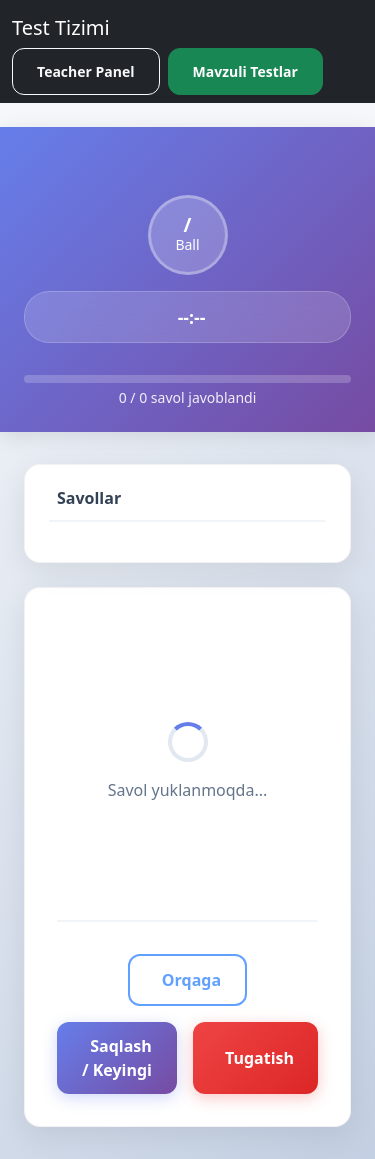
Repository: Shaxobiddin-Github/KatDPI_test
Page: backend/main/templates/topic_panel/test_run.html
These files come from the project's save history. The page is drawn as it stood at one moment and after the next save; the edit follows.
The browser window is 375 px wide. The pictures show the whole page.
The template is drawn by Django 5.2. The application's start-up code is not run. Other server files are loaded and not shown. The template is opened directly, without the code that normally fills it, so the values that code supplies are empty.

Above is the page before, as saved 2025-09-26 16:04:56.
Console error: SyntaxError: Unexpected token ';'

### backend/main/templates/topic_panel/test_run.html
{% extends 'base.html' %}
{% block content %}
<div class="test-container" id="app" data-student-test="{{ student_test.id }}" data-duration="{{ duration_seconds }}">
  <!-- Header Section -->
  <div class="test-header">
    <div class="container-fluid px-4">
      <div class="row align-items-center">
        <div class="col-md-4">
          <h3 class="test-title mb-0">
            <i class="fas fa-clipboard-check me-2"></i>{{ test.title }}
          </h3>
        </div>
        <div class="col-md-4 text-center">
          <div class="score-display">
            <div class="score-circle">
              <span class="score-text">
                <span id="totalScore">{{ student_test.total_score }}</span>/<span>{{ test.total_score }}</span>
              </span>
              <small>Ball</small>
            </div>
          </div>
        </div>
        <div class="col-md-4 text-end">
          <div class="timer-display">
            <i class="fas fa-clock me-2"></i>
            <span id="timer">--:--</span>
          </div>
        </div>
      </div>

      <!-- Progress Bar -->
      <div class="progress-container mt-3">
        <div class="progress">
          <div class="progress-bar" id="progressBar" role="progressbar" style="width:0%"></div>
        </div>
        <small class="progress-text mt-1">
          <span id="answeredCount">0</span> / <span id="totalQuestions">0</span> savol javoblandi
        </small>
      </div>
    </div>
  </div>

  <!-- Main Content -->
  <div class="test-content">
    <div class="container-fluid px-4">
      <div class="row">
        <!-- Question Navigation -->
        <div class="col-lg-3 mb-4">
          <div class="question-nav-card">
            <div class="nav-header">
              <h6><i class="fas fa-list me-2"></i>Savollar</h6>
            </div>
            <div class="question-grid" id="questionIndex"></div>
          </div>
        </div>

        <!-- Question Content -->
        <div class="col-lg-9">
          <div class="question-card">
            <div id="questionsWrap">
              <div class="loading-spinner">
                <div class="spinner"></div>
                <p>Savol yuklanmoqda...</p>
              </div>
            </div>

            <!-- Action Buttons -->
            <div class="action-buttons">
              <button id="prevBtn" class="btn btn-outline-primary" disabled>
                <i class="fas fa-chevron-left me-2"></i>Orqaga
              </button>
              <div class="ms-auto">
                <button id="submitAnswer" class="btn btn-primary me-2">
                  <i class="fas fa-save me-2"></i>Saqlash / Keyingi
                </button>
                <button id="finishBtn" class="btn btn-danger">
                  <i class="fas fa-flag-checkered me-2"></i>Tugatish
                </button>
              </div>
            </div>
          </div>
        </div>
      </div>
    </div>
  </div>
</div>

<style>
.test-container {
  background: linear-gradient(135deg, #f5f7fa 0%, #c3cfe2 100%);
  min-height: 100vh;
  padding: 0;
}

.test-header {
  background: linear-gradient(135deg, #667eea 0%, #764ba2 100%);
  color: white;
  padding: 1.5rem 0;
  box-shadow: 0 4px 20px rgba(0,0,0,0.1);
}

.test-title {
  font-weight: 700;
  color: white;
}

.score-display {
  display: flex;
  justify-content: center;
}

.score-circle {
  background: rgba(255,255,255,0.2);
  border: 3px solid rgba(255,255,255,0.3);
  border-radius: 50%;
  width: 80px;
  height: 80px;
  display: flex;
  flex-direction: column;
  align-items: center;
  justify-content: center;
  backdrop-filter: blur(10px);
}

.score-text {
  font-size: 1.2em;
  font-weight: 700;
  line-height: 1;
}

.timer-display {
  background: rgba(255,255,255,0.15);
  padding: 0.75rem 1.5rem;
  border-radius: 25px;
  font-size: 1.1em;
  font-weight: 600;
  backdrop-filter: blur(10px);
  border: 1px solid rgba(255,255,255,0.2);
}

.progress-container {
  max-width: 600px;
  margin: 0 auto;
}

.progress {
  height: 8px;
  border-radius: 10px;
  background: rgba(255,255,255,0.2);
  overflow: hidden;
}

.progress-bar {
  background: linear-gradient(90deg, #10b981, #059669);
  border-radius: 10px;
  transition: width 0.5s ease;
}

.progress-text {
  color: rgba(255,255,255,0.9);
  text-align: center;
  display: block;
}

.test-content {
  padding: 2rem 0;
}

.question-nav-card {
  background: white;
  border-radius: 16px;
  padding: 1.5rem;
  box-shadow: 0 8px 30px rgba(0,0,0,0.08);
  border: 1px solid rgba(0,0,0,0.05);
  height: fit-content;
  position: sticky;
  top: 2rem;
}

.nav-header {
  margin-bottom: 1rem;
  padding-bottom: 0.75rem;
  border-bottom: 2px solid #f1f5f9;
}

.nav-header h6 {
  color: #334155;
  font-weight: 600;
  margin: 0;
}

.question-grid {
  display: grid;
  grid-template-columns: repeat(5, 1fr);
  gap: 0.5rem;
}

.question-btn {
  background: #f8fafc;
  border: 2px solid #e2e8f0;
  border-radius: 8px;
  padding: 0.75rem 0.5rem;
  font-size: 0.9em;
  font-weight: 600;
  color: #64748b;
  cursor: pointer;
  transition: all 0.2s ease;
  text-align: center;
}

.question-btn:hover {
  background: #e2e8f0;
  transform: translateY(-1px);
}

.question-btn.active {
  background: linear-gradient(135deg, #667eea 0%, #764ba2 100%);
  color: white;
  border-color: #667eea;
  box-shadow: 0 4px 15px rgba(102, 126, 234, 0.3);
}

.question-btn.answered {
  background: linear-gradient(135deg, #10b981 0%, #059669 100%);
  color: white;
  border-color: #10b981;
}

.question-btn.answered.active {
  background: linear-gradient(135deg, #059669 0%, #047857 100%);
}

.question-card {
  background: white;
  border-radius: 16px;
  padding: 2rem;
  box-shadow: 0 8px 30px rgba(0,0,0,0.08);
  border: 1px solid rgba(0,0,0,0.05);
  min-height: 500px;
  display: flex;
  flex-direction: column;
}

.question-content .card {
  border: none;
  background: transparent;
}

.question-content h5 {
  color: #1e293b;
  font-weight: 600;
  line-height: 1.6;
  margin-bottom: 1.5rem;
}

.question-content img {
  border-radius: 12px;
  box-shadow: 0 4px 20px rgba(0,0,0,0.1);
  margin-bottom: 1.5rem;
}

.form-check {
  background: #f8fafc;
  border: 2px solid #e2e8f0;
  border-radius: 12px;
  padding: 1rem 1.25rem;
  margin-bottom: 0.75rem;
  transition: all 0.2s ease;
  cursor: pointer;
}

.form-check:hover {
  background: #f1f5f9;
  border-color: #cbd5e1;
  transform: translateX(4px);
}

.form-check-input:checked + .form-check-label {
  color: #1e293b;
  font-weight: 600;
}

.form-check:has(.form-check-input:checked) {
  background: linear-gradient(135deg, #eff6ff 0%, #dbeafe 100%);
  border-color: #3b82f6;
  box-shadow: 0 4px 15px rgba(59, 130, 246, 0.1);
}

.form-check-input {
  margin-top: 0.125rem;
  margin-right: 0.75rem;
}

.form-check-label {
  color: #475569;
  line-height: 1.5;
  cursor: pointer;
  flex: 1;
  display: flex;
  align-items: flex-start;
}

.option-letter {
  background: #e2e8f0;
  color: #64748b;
  font-weight: 600;
  font-size: 0.85em;
  padding: 0.25rem 0.5rem;
  border-radius: 6px;
  margin-right: 0.75rem;
  min-width: 28px;
  text-align: center;
  transition: all 0.2s ease;
}

.form-check:has(.form-check-input:checked) .option-letter {
  background: #3b82f6;
  color: white;
}

.action-buttons {
  display: flex;
  align-items: center;
  margin-top: auto;
  padding-top: 2rem;
  border-top: 2px solid #f1f5f9;
}

.btn {
  border-radius: 12px;
  padding: 0.75rem 1.5rem;
  font-weight: 600;
  transition: all 0.2s ease;
}

.btn:hover {
  transform: translateY(-1px);
}

.btn-primary {
  background: linear-gradient(135deg, #667eea 0%, #764ba2 100%);
  border: none;
  box-shadow: 0 4px 15px rgba(102, 126, 234, 0.3);
}

.btn-primary:hover {
  box-shadow: 0 6px 20px rgba(102, 126, 234, 0.4);
}

.btn-danger {
  background: linear-gradient(135deg, #ef4444 0%, #dc2626 100%);
  border: none;
  box-shadow: 0 4px 15px rgba(239, 68, 68, 0.3);
}

.btn-danger:hover {
  box-shadow: 0 6px 20px rgba(239, 68, 68, 0.4);
}

.btn-outline-primary {
  border: 2px solid #667eea;
  color: #667eea;
  background: transparent;
}

.btn-outline-primary:hover {
  background: #667eea;
  color: white;
}

.loading-spinner {
  display: flex;
  flex-direction: column;
  align-items: center;
  justify-content: center;
  min-height: 300px;
  color: #64748b;
}

.spinner {
  width: 40px;
  height: 40px;
  border: 4px solid #e2e8f0;
  border-top: 4px solid #667eea;
  border-radius: 50%;
  animation: spin 1s linear infinite;
  margin-bottom: 1rem;
}

@keyframes spin {
  0% { transform: rotate(0deg); }
  100% { transform: rotate(360deg); }
}

.fade-in {
  animation: fadeIn 0.4s ease-out;
}

@keyframes fadeIn {
  from { opacity: 0; transform: translateY(10px); }
  to { opacity: 1; transform: translateY(0); }
}

.slide-in-left {
  animation: slideInLeft 0.4s ease-out;
}

@keyframes slideInLeft {
  from { opacity: 0; transform: translateX(-20px); }
  to { opacity: 1; transform: translateX(0); }
}

/* Results display */
.results-card {
  background: linear-gradient(135deg, #667eea 0%, #764ba2 100%);
  color: white;
  border-radius: 16px;
  padding: 2rem;
  text-align: center;
}

.results-stats {
  display: grid;
  grid-template-columns: repeat(auto-fit, minmax(120px, 1fr));
  gap: 1rem;
  margin: 1.5rem 0;
}

.stat-item {
  background: rgba(255,255,255,0.15);
  padding: 1rem;
  border-radius: 12px;
  backdrop-filter: blur(10px);
}

.stat-number {
  font-size: 1.5em;
  font-weight: 700;
  display: block;
}

.stat-label {
  font-size: 0.9em;
  opacity: 0.9;
}

@media (max-width: 768px) {
  .test-header .col-md-4 {
    text-align: center !important;
    margin-bottom: 1rem;
  }

  .question-grid {
    grid-template-columns: repeat(4, 1fr);
  }

  .action-buttons {
    flex-direction: column;
    gap: 1rem;
  }

  .action-buttons .ms-auto {
    margin-left: 0 !important;
    display: flex;
    gap: 0.5rem;
  }
}
</style>
<script>
const appEl = document.getElementById('app');
const studentTestId = appEl.dataset.studentTest;
const totalDuration = parseInt(appEl.dataset.duration || '0');
const questionIds = {{ student_test.randomized_question_ids|safe }};
let currentIndex = 0;
let answersCache = {}; // {questionId: [optionIds]}
let timerInterval;

function initIndex(){
  const list = document.getElementById('questionIndex');
  document.getElementById('totalQuestions').textContent = questionIds.length;

  questionIds.forEach((id, i)=>{
    const btn = document.createElement('button');
    btn.type='button';
    btn.className='question-btn';
    btn.textContent = (i+1);
    btn.dataset.idx = i;
    btn.onclick = ()=>{saveCurrentSelection(false); goTo(i);};
    list.appendChild(btn);
  });
  highlightIndex();
}

function highlightIndex(){
  document.querySelectorAll('#questionIndex button').forEach(btn=>{
    const i = parseInt(btn.dataset.idx);
    btn.classList.remove('active', 'answered');

    if(i === currentIndex) {
      btn.classList.add('active');
    }

    const qid = questionIds[i];
    if(answersCache[qid]) {
      btn.classList.add('answered');
    }
  });

  document.getElementById('prevBtn').disabled = currentIndex===0;
  const submitBtn = document.getElementById('submitAnswer');
  if(currentIndex === questionIds.length-1) {
    submitBtn.innerHTML = '<i class="fas fa-save me-2"></i>Saqlash / Yakunlash';
  } else {
    submitBtn.innerHTML = '<i class="fas fa-save me-2"></i>Saqlash / Keyingi';
  }
  updateProgress();
}

function updateProgress(){
  const answered = Object.keys(answersCache).length;
  const pct = (answered / questionIds.length)*100;
  document.getElementById('progressBar').style.width = pct + '%';
  document.getElementById('answeredCount').textContent = answered;
}

async function loadQuestion(){
  const wrap = document.getElementById('questionsWrap');

  if(currentIndex >= questionIds.length){
    wrap.innerHTML = '<div class="alert alert-info text-center"><i class="fas fa-check-circle me-2"></i>Barcha savollar yakunlandi.</div>';
    return;
  }

  // Show loading
  wrap.innerHTML = `
    <div class="loading-spinner">
      <div class="spinner"></div>
      <p>Savol yuklanmoqda...</p>
    </div>
  `;

  const qid = questionIds[currentIndex];
  try {
    const resp = await fetch('/api/topic-panel/question/' + qid + '/');
    if(!resp.ok) throw new Error('Savol yuklanmadi');

    const q = await resp.json();
    renderQuestion(q);
    restoreSelection();
    highlightIndex();
  } catch (error) {
    wrap.innerHTML = `
      <div class="alert alert-danger text-center">
        <i class="fas fa-exclamation-triangle me-2"></i>
        Savolni yuklab bo'lmadi. <button class="btn btn-sm btn-outline-danger ms-2" onclick="loadQuestion()">Qaytadan urinish</button>
      </div>
    `;
  }
}

function renderQuestion(q){
  const wrap = document.getElementById('questionsWrap');
  let html = `<div class="question-content fade-in">
    <h5><span class="text-primary">${currentIndex+1}.</span> ${q.text}</h5>`;

  if(q.image){
    html += `<img src="${q.image}" class="img-fluid mb-3" alt="Savol rasmi"/>`;
  }

  html += '<div class="options-container">';
  q.options.forEach((o, index) => {
    const inputType = q.question_type === 'single' ? 'radio' : 'checkbox';
    const letter = String.fromCharCode(65 + index); // A, B, C, D...
    html += `
      <div class="form-check" onclick="selectOption('opt${o.id}')">
        <input class="form-check-input" type="${inputType}" name="answerOption" value="${o.id}" id="opt${o.id}">
        <label class="form-check-label" for="opt${o.id}">
          <span class="option-letter">${letter}.</span> ${o.text}
        </label>
      </div>`;
  });
  html += '</div></div>';

  wrap.innerHTML = html;

  // Add click handlers for better UX
  wrap.querySelectorAll('.form-check').forEach(check => {
    check.addEventListener('click', function(e) {
      if(e.target.tagName !== 'INPUT') {
        const input = this.querySelector('input');
        if(input.type === 'radio') {
          input.checked = true;
        } else {
          input.checked = !input.checked;
        }
      }
    });
  });
}

function selectOption(optId) {
  document.getElementById(optId).click();
}

function getSelectedOptionIds(){
  return Array.from(document.querySelectorAll('input[name="answerOption"]:checked')).map(i=>i.value);
}

function saveCurrentSelection(submit=true){
  const qid = questionIds[currentIndex];
  const selected = getSelectedOptionIds();
  if(selected.length){
    answersCache[qid] = selected;
  }
  if(submit && selected.length){
    submitAnswer(selected, qid);
  }
}

function restoreSelection(){
  const qid = questionIds[currentIndex];
  const selected = answersCache[qid] || [];
  selected.forEach(id=>{
    const el = document.getElementById('opt'+id);
    if(el) el.checked = true;
  });
}

async function submitAnswer(selectedOverride=null, qidOverride=null){
  const qid = qidOverride ?? questionIds[currentIndex];
  const selected = selectedOverride ?? getSelectedOptionIds();
  const form = new FormData();
  form.append('question_id', qid);
  selected.forEach(v=>form.append('options', v));
  const resp = await fetch(`/api/topic-panel/student/answer/${studentTestId}/submit/`, {method:'POST', headers:{'X-CSRFToken':getCsrf()}, body: form});
  const data = await resp.json();
  if(data.correct !== undefined){
    document.getElementById('totalScore').textContent = data.total;
  }
}

function goTo(idx){
  currentIndex = idx;
  loadQuestion();
}

document.getElementById('submitAnswer').addEventListener('click', async ()=>{
  saveCurrentSelection();
  if(currentIndex < questionIds.length-1){
    currentIndex++;
    loadQuestion();
  } else {
    finishTest();
  }
});
document.getElementById('prevBtn').addEventListener('click', ()=>{
  saveCurrentSelection(false);
  if(currentIndex>0){ currentIndex--; loadQuestion(); }
});
document.getElementById('finishBtn').addEventListener('click', finishTest);

async function finishTest(){
  const unansweredCount = questionIds.length - Object.keys(answersCache).length;
  let confirmMessage = 'Haqiqatan testni yakunlaysizmi?';

  if(unansweredCount > 0) {
    confirmMessage = `${unansweredCount} ta savolga javob berilmagan. Haqiqatan yakunlaysizmi?`;
  }

  if(!confirm(confirmMessage)) return;

  // Show loading on finish button
  const finishBtn = document.getElementById('finishBtn');
  const originalText = finishBtn.innerHTML;
  finishBtn.innerHTML = '<div class="spinner-border spinner-border-sm me-2" role="status"></div>Yakunlanmoqda...';
  finishBtn.disabled = true;

  try {
    const resp = await fetch(`/api/topic-panel/student/test/${studentTestId}/finish/`, {
      method:'POST',
      headers:{'X-CSRFToken':getCsrf()}
    });
    const data = await resp.json();

    if(data.completed){
      clearInterval(timerInterval);

      const wrap = document.getElementById('questionsWrap');
      const correctPercentage = ((data.correct / data.total_questions) * 100).toFixed(1);

      wrap.innerHTML = `
        <div class="results-card fade-in">
          <div class="text-center">
            <i class="fas fa-trophy fa-3x mb-3" style="color: #fbbf24;"></i>
            <h3 class="mb-3">Test yakunlandi!</h3>
            <p class="mb-4 opacity-90">Tabriklaymiz! Siz testni muvaffaqiyatli yakunladingiz.</p>
          </div>

          <div class="results-stats">
            <div class="stat-item">
              <span class="stat-number">${data.total_score}</span>
              <small class="stat-label">Umumiy ball</small>
            </div>
            <div class="stat-item">
              <span class="stat-number">${correctPercentage}%</span>
              <small class="stat-label">To'g'rilik</small>
            </div>
            <div class="stat-item">
              <span class="stat-number">${data.correct}</span>
              <small class="stat-label">To'g'ri</small>
            </div>
            <div class="stat-item">
              <span class="stat-number">${data.incorrect}</span>
              <small class="stat-label">Noto'g'ri</small>
            </div>
            <div class="stat-item">
              <span class="stat-number">${data.unanswered}</span>
              <small class="stat-label">Javobsiz</small>
            </div>
          </div>

          <div class="text-center mt-4">
            <a href="/api/topic-panel/student/panel/" class="btn btn-light btn-lg px-4">
              <i class="fas fa-home me-2"></i>Dashboardga qaytish
            </a>
          </div>
        </div>`;

      // Disable all controls
      document.getElementById('submitAnswer').disabled = true;
      document.getElementById('prevBtn').disabled = true;
      document.querySelectorAll('.question-btn').forEach(btn => btn.disabled = true);

      // Update header to show completion
      document.querySelector('.test-header').style.background = 'linear-gradient(135deg, #10b981 0%, #059669 100%)';

    }
  } catch (error) {
    finishBtn.innerHTML = originalText;
    finishBtn.disabled = false;
    alert('Xatolik yuz berdi. Qaytadan urinib ko\'ring.');
  }
}

function startTimer(){
  const timerEl = document.getElementById('timer');

  if(!totalDuration) {
    timerEl.textContent = 'Cheksiz';
    return;
  }

  let remaining = totalDuration;

  function tick(){
    const hours = Math.floor(remaining / 3600);
    const minutes = Math.floor((remaining % 3600) / 60);
    const seconds = remaining % 60;

    let timeString;
    if(hours > 0) {
      timeString = `${hours}:${minutes.toString().padStart(2,'0')}:${seconds.toString().padStart(2,'0')}`;
    } else {
      timeString = `${minutes.toString().padStart(2,'0')}:${seconds.toString().padStart(2,'0')}`;
    }

    timerEl.textContent = timeString;

    // Warning colors
    if(remaining <= 300 && remaining > 60) { // Last 5 minutes
      timerEl.style.color = '#f59e0b';
    } else if(remaining <= 60) { // Last minute
      timerEl.style.color = '#ef4444';
      timerEl.classList.add('animate__animated', 'animate__pulse');
    }

    if(remaining <= 0){
      clearInterval(timerInterval);
      alert('Vaqt tugadi! Test avtomatik yakunlanadi.');
      finishTest();
    }
    remaining--;
  }

  tick();
  timerInterval = setInterval(tick, 1000);
}

function getCsrf(){
  return document.cookie.split('; ').find(r=>r.startsWith('csrftoken='))?.split('=')[1];
}

// Initialize the test interface
document.addEventListener('DOMContentLoaded', function() {
  // Add fade-in animation to main elements
  document.querySelector('.test-header').style.animation = 'fadeIn 0.6s ease-out';
  document.querySelector('.test-content').style.animation = 'slideInLeft 0.6s ease-out 0.2s both';

  initIndex();
  loadQuestion();
  startTimer();

  // Auto-save functionality
  setInterval(() => {
    if(currentIndex < questionIds.length) {
      saveCurrentSelection(false);
    }
  }, 30000); // Auto-save every 30 seconds

  // Prevent accidental page refresh
  window.addEventListener('beforeunload', function(e) {
    if(Object.keys(answersCache).length > 0) {
      e.preventDefault();
      e.returnValue = 'Test davom etmoqda. Sahifani yopishni xohlaysizmi?';
    }
  });

  // Keyboard shortcuts
  document.addEventListener('keydown', function(e) {
    if(e.ctrlKey && e.key === 'Enter') {
      document.getElementById('submitAnswer').click();
    } else if(e.key === 'ArrowLeft' && !document.getElementById('prevBtn').disabled) {
      document.getElementById('prevBtn').click();
    } else if(e.key === 'ArrowRight') {
      document.getElementById('submitAnswer').click();
    }
  });
});
</script>
{% endblock %}

### backend/main/templates/base.html
<!DOCTYPE html>
<html lang="uz">
<head>
	<meta charset="UTF-8">
	<meta name="viewport" content="width=device-width,initial-scale=1">
	<title>{% block title %}Panel{% endblock %}</title>
	<link href="https://cdn.jsdelivr.net/npm/bootstrap@5.3.3/dist/css/bootstrap.min.css" rel="stylesheet">
	{% block head_extra %}{% endblock %}
	<style>
		body { background:#f5f7fb; font-family: system-ui, Arial, sans-serif; }
		nav.navbar { margin-bottom: 1.5rem; }
	</style>
</head>
<body>
	<nav class="navbar navbar-expand-lg navbar-dark bg-dark">
		<div class="container-fluid">
			<a class="navbar-brand" href="/">Test Tizimi</a>
			{% if request.user.is_authenticated and request.user.role == 'student' %}
				<div class="ms-auto d-flex align-items-center gap-2">
					<a class="btn btn-sm btn-primary" href="/api/topic-panel/student/panel/">Mening Testlarim</a>
					<a class="btn btn-sm btn-outline-light" href="{% url 'common_logout' %}">Chiqish</a>
				</div>
			{% else %}
				<div class="d-flex gap-2">
					<a class="btn btn-sm btn-outline-light" href="/api/teacher-panel/dashboard/">Teacher Panel</a>
					<a class="btn btn-sm btn-success" href="/api/topic-panel/dashboard/">Mavzuli Testlar</a>
				</div>
			{% endif %}
		</div>
	</nav>
	<main>
		{% block content %}{% endblock %}
	</main>
	<script src="https://cdn.jsdelivr.net/npm/bootstrap@5.3.3/dist/js/bootstrap.bundle.min.js"></script>
	{% block scripts %}{% endblock %}
</body>
</html>

After the next save:
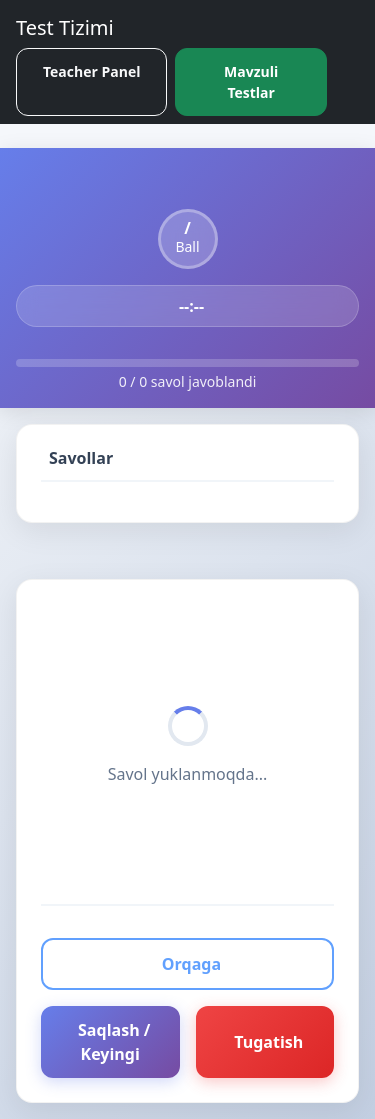
Saved 20 s later.
--- a/backend/main/templates/topic_panel/test_run.html
+++ b/backend/main/templates/topic_panel/test_run.html
@@ -444,14 +444,54 @@
   opacity: 0.9;
 }
 
+/* Responsive Design */
+@media (max-width: 1200px) {
+  .question-nav-card {
+    position: static;
+    margin-bottom: 2rem;
+  }
+}
+
 @media (max-width: 768px) {
+  .test-header {
+    padding: 1rem 0;
+  }
+
   .test-header .col-md-4 {
     text-align: center !important;
     margin-bottom: 1rem;
   }
 
+  .test-title {
+    font-size: 1.5rem;
+  }
+
+  .score-circle {
+    width: 60px;
+    height: 60px;
+  }
+
+  .score-text {
+    font-size: 1rem;
+  }
+
+  .timer-display {
+    padding: 0.5rem 1rem;
+    font-size: 1rem;
+  }
+
   .question-grid {
     grid-template-columns: repeat(4, 1fr);
+    gap: 0.4rem;
+  }
+
+  .question-btn {
+    padding: 0.6rem 0.4rem;
+    font-size: 0.8em;
+  }
+
+  .question-card {
+    padding: 1.5rem;
   }
 
   .action-buttons {
@@ -463,6 +503,39 @@
     margin-left: 0 !important;
     display: flex;
     gap: 0.5rem;
+  }
+
+  .btn {
+    width: 100%;
+  }
+
+  .form-check {
+    padding: 0.75rem 1rem;
+  }
+
+  .option-letter {
+    margin-right: 0.5rem;
+    min-width: 24px;
+    font-size: 0.8em;
+  }
+}
+
+@media (max-width: 576px) {
+  .test-content {
+    padding: 1rem 0;
+  }
+
+  .container-fluid {
+    padding-left: 1rem !important;
+    padding-right: 1rem !important;
+  }
+
+  .question-grid {
+    grid-template-columns: repeat(3, 1fr);
+  }
+
+  .results-stats {
+    grid-template-columns: repeat(2, 1fr);
   }
 }
 </style>
